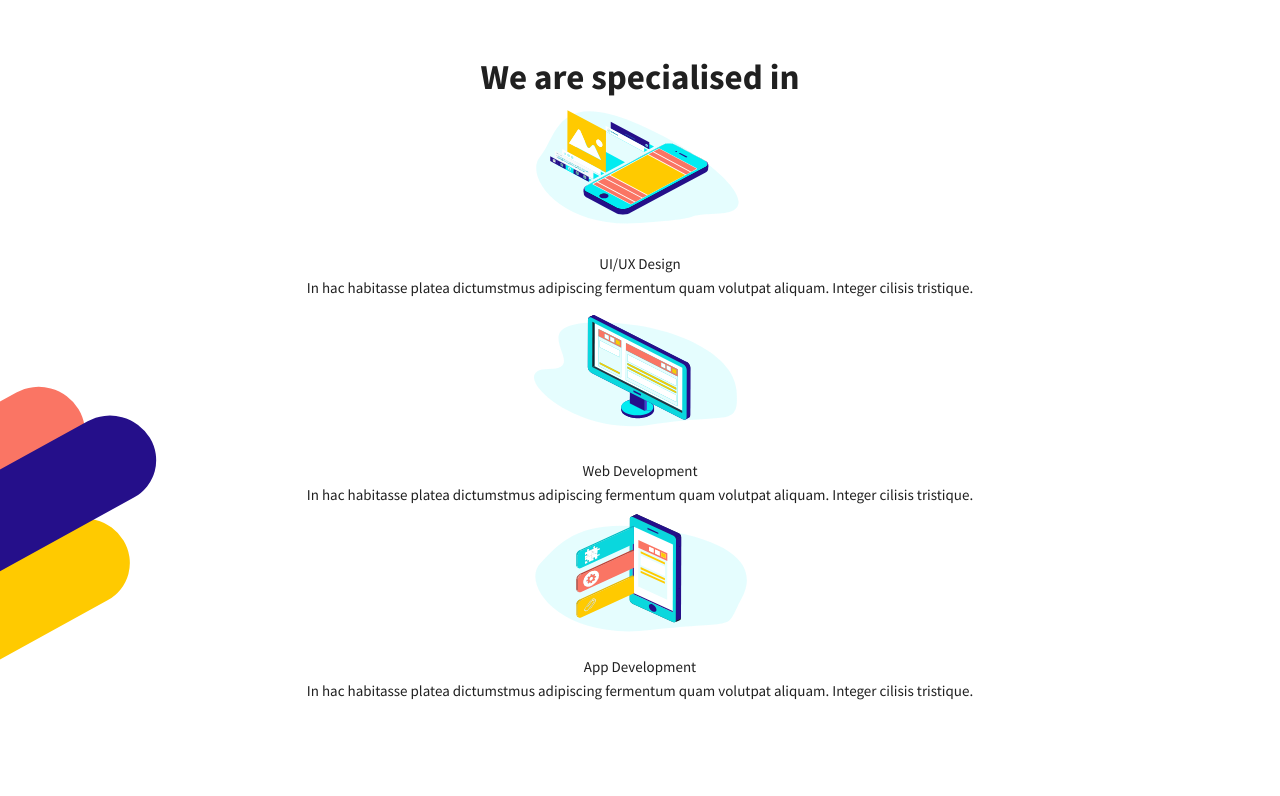
Repository: advert31337/marafon_from0to1_MartaUP
Page: index.html
These files come from the project's save history. The page is drawn as it stood at one moment and after the next save; the edit follows.
The browser window is 1280 px wide. The pictures show the part of the page from y = 793 to 1589 px (the page is 1589 px tall before and 1241 px after).

Above is the page before, as saved 2020-03-07 20:42:56.

After the next save:
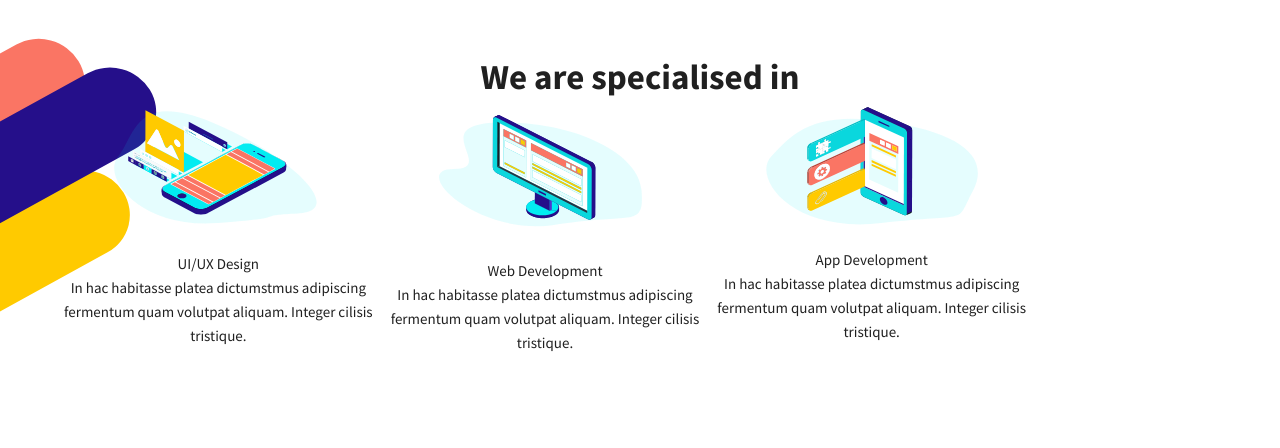
Saved 105 s later.
--- a/css/style.css
+++ b/css/style.css
@@ -155,6 +155,9 @@ a {
 }
 
 .specialised__items {
+    display: flex;
+    justify-content: space-between;
+    max-width: 980px;
 }
 .specialised__item {
 }
